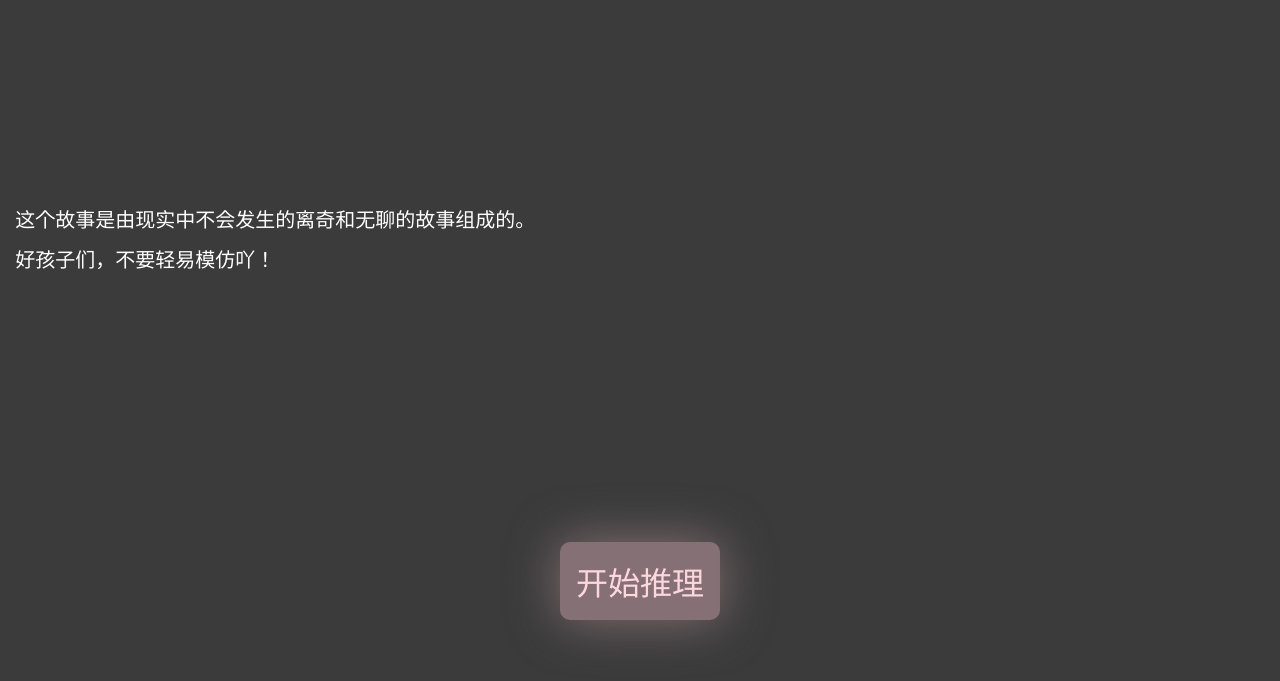
Repository: Jofali/reasoning-genius
Page: /
The author's editor kept a copy of each file at every save. The page is drawn from the files as they stood at one save, then again after the next save.
The browser window is 1280 px wide. The pictures show the whole page.
The project was rebuilt for these pictures with package versions that can differ from the ones it lists, and the page was loaded fresh each time. Also part of the build but not shown: src/part1/part1.css, src/part1/part1.js, src/part2/part2.css, src/part2/part2.js, src/title/title.css, src/title/title.js, src/inventory/inventory.css, src/inventory/inventory.js and 2 more.

Above is the page before, as saved 2019-05-23 16:04:09.

### public/index.html
<!DOCTYPE html>
<html lang="en">
  <head>
    <meta charset="utf-8" />
    <link rel="shortcut icon" href="%PUBLIC_URL%/favicon.ico" />
    <meta name="viewport" content="width=device-width, initial-scale=1" />
    <meta name="theme-color" content="#000000" />
    <!--
      manifest.json provides metadata used when your web app is installed on a
      user's mobile device or desktop. See https://developers.google.com/web/fundamentals/web-app-manifest/
    -->
    <link rel="manifest" href="%PUBLIC_URL%/manifest.json" />
    <!--
      Notice the use of %PUBLIC_URL% in the tags above.
      It will be replaced with the URL of the `public` folder during the build.
      Only files inside the `public` folder can be referenced from the HTML.

      Unlike "/favicon.ico" or "favicon.ico", "%PUBLIC_URL%/favicon.ico" will
      work correctly both with client-side routing and a non-root public URL.
      Learn how to configure a non-root public URL by running `npm run build`.
    -->
    <title>Reasoning Genius</title>
  </head>
  <body>
    <noscript>You need to enable JavaScript to run this app.</noscript>
    <div id="root"></div>
    <!--
      This HTML file is a template.
      If you open it directly in the browser, you will see an empty page.

      You can add webfonts, meta tags, or analytics to this file.
      The build step will place the bundled scripts into the <body> tag.

      To begin the development, run `npm start` or `yarn start`.
      To create a production bundle, use `npm run build` or `yarn build`.
    -->
  </body>
</html>

### src/index.css
body {
  margin: 0;
  font-family: -apple-system, BlinkMacSystemFont, "Segoe UI", "Roboto", "Oxygen",
    "Ubuntu", "Cantarell", "Fira Sans", "Droid Sans", "Helvetica Neue",
    sans-serif;
  -webkit-font-smoothing: antialiased;
  -moz-osx-font-smoothing: grayscale;
}

code {
  font-family: source-code-pro, Menlo, Monaco, Consolas, "Courier New",
    monospace;
}

#root {
  height: 100%;
}

*{
  padding: 0;
  margin: 0;
}

html,body {
  height: 100%;
}

.sw-enter {
  opacity: 0;
}
.sw-enter-active {
  opacity: 1;
  transform: translateX(0);
  transition: opacity 300ms, transform 300ms;
}
.sw-exit {
  opacity: 1;
}
.sw-exit-active {
  opacity: 0;
  transition: opacity 300ms, transform 300ms;
}

### src/App.js
import React, { Component } from 'react';
import { CSSTransition } from 'react-transition-group';

import Partwrap from './partwrap/partwrap';
import Begin from './begin/begin';

import './App.css';

class App extends Component {
  constructor(props) {
    super(props);
    this.state = {
      content: <Begin />,
      maxPartNum: 1,
      showPart: true,
      btnClass: "btn-game btn-game-begin-status",
      btnContent: "开始推理"
    };
    this.stepTo = this.stepTo.bind(this);
  }

  partNum = 0;
  timer = null;
  stepTo() {
    if(this.partNum === this.state.maxPartNum) {
      this.partNum = 0;
    } else {
      this.partNum += 1;
    }

    this.setshow(false);
    if(this.timer !== null) {
      clearTimeout(this.timer);
    }
    this.timer = setTimeout( () => {
      switch(this.partNum)
      {
        case 0:
          this.setState({ content: <Begin />, btnClass: "btn-game btn-game-begin-status", btnContent: "开始推理" })
          break;
        case 1:
          this.setState({ content: <Partwrap />, btnClass: "btn-game btn-game-end-status", btnContent: "退出" })
          break;
        default:
          this.setState({ content: <Begin />, btnClass: "btn-game btn-game-begin-status", btnContent: "开始推理" })
      }
      this.setshow(true);
    }, 300);

  }

  setshow(bool) {
    this.setState({ showPart: bool })
  }

  componentDidMount() {

  }

  render() {
    return (
        <div className="App">
          <CSSTransition
              in={this.state.showPart}
              timeout={300}
              classNames="sw"
              unmountOnExit
            >
              <div className="App-wrap">
              { this.state.content }
              <button className={this.state.btnClass} onClick={this.stepTo}>{this.state.btnContent}</button>
              </div>
          </CSSTransition>

        </div>
    );
  }
}

export default App;

### src/begin/begin.js
import React from 'react';

import './begin.css';
import play from '../play';
function Title() {
  return (
      <div className="begin">
        <div className="begin-content-wrap">
          <p>{ play.begin[0] }</p>
          <p>{ play.begin[1] }</p>
        </div>
      </div>
  );
}

export default Title;

### src/App.css
.App {
  width: 100%;
  height: 100%;
  background: rgb(253,214,222);
  position: relative;
}

.App-wrap {
  width: 100%;
  height: 100%;
}

.btn-game-begin-status {
  bottom: 100px;
  left: 50%;
  background: rgb(133, 113, 117);
  padding: 1rem;
  font-size: 2rem;
  transform: translateX(-50%);
  color: rgb(253,214,222);
  border-radius: 10px;
  box-shadow: 0px 0px 50px rgb(133, 113, 117);
}

.btn-game-end-status {
  top: 10px;
  right: 5px;
  background: rgb(133, 113, 117);
  padding: .4rem;
  font-size: .75rem;
  transform: translateX(-50%);
  color: rgb(253,214,222);
  border-radius: 10px;
  box-shadow: 0px 0px 50px rgb(133, 113, 117);
}

.btn-game {
  position:absolute;
  border: none;
  outline: 0ch;
  z-index: 11;
}

.btn-game:focus{
  border: none;
}

### src/begin/begin.css
.begin {
  width: 100%;
  height: 100%;
  background: rgb(59, 59, 59);
  color: #fff;
}

.begin-content-wrap {
  width: 100%;
  box-sizing: border-box;
  height: 200px;
  position: relative;
  top: 200px;
  padding: 0 0.95rem;
  font-size: 1.25rem;
  line-height: 2;
}

### src/play.js
const play = {
  "begin": ["这个故事是由现实中不会发生的离奇和无聊的故事组成的。", "好孩子们，不要轻易模仿吖！"],
  "part1": {
    "one": ["侦探: 这就是案发现场吗?",
          "侦探: 被害人丢了什么吗？",
          "助理: 丢了几个值钱物品，还有内裤",
          "侦探: 原来如此。。我认为犯人拿值钱的物品只是障眼法，真正的目的其实是内裤。嫌疑人带来了吗？",
          "助理: 带来了！我找到了在附近走来走去的可疑男子，以及可能偷走内裤的被害女性的熟人们。",
          "侦探: 原来如此，不亏是我的助手，接下来只要找到证据让犯人暴露，案件就解决了！",
          "助理：是的！"]
  },
  "part2": {},
  "end": {
    "f": ["就这样，可怜的头戴内裤的男人因为冤罪被警察带走了。", "Game over."],
    "t": ["就这样，真凶被警察带走了。", "Clear."]
  }
}

export default play;

Loaded but not shown: src/index.js (common file); src/serviceWorker.js (common file)

After the next save:
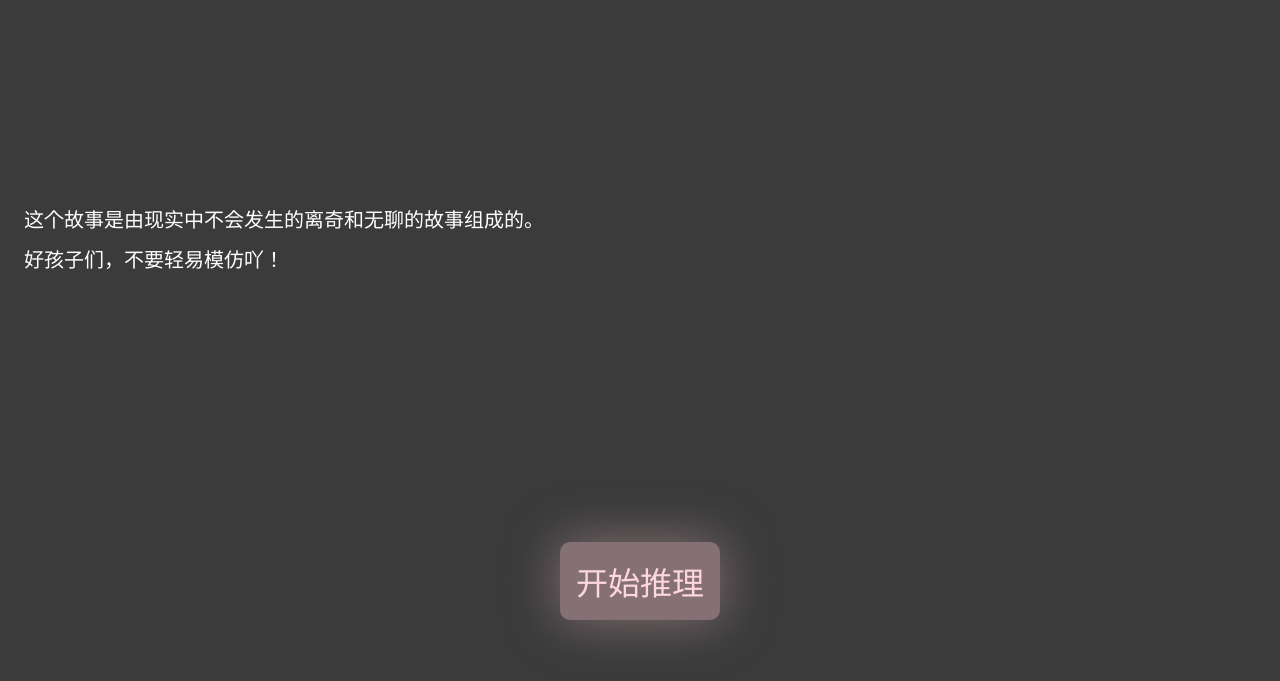
Saved 13 s later.
--- a/src/begin/begin.css
+++ b/src/begin/begin.css
@@ -11,7 +11,7 @@
   height: 200px;
   position: relative;
   top: 200px;
-  padding: 0 0.95rem;
+  padding: 0 1.5rem;
   font-size: 1.25rem;
   line-height: 2;
 }
